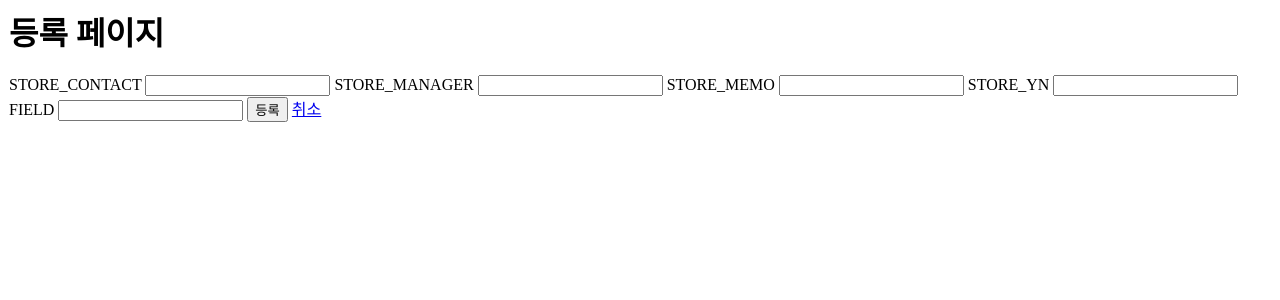
Repository: 2022-kh-final-mothlymoon/moon-back
Page: http://localhost/sellermoon/store/create.jsp
An editor plug-in stored every save of this project. The page is shown before and after the next save, followed by the edit.
The browser window is 1280 px wide. The pictures show the whole page.
The page is served by Tomcat 9.

Above is the page before, as saved 2022-10-20 17:50:20.

After the next save:
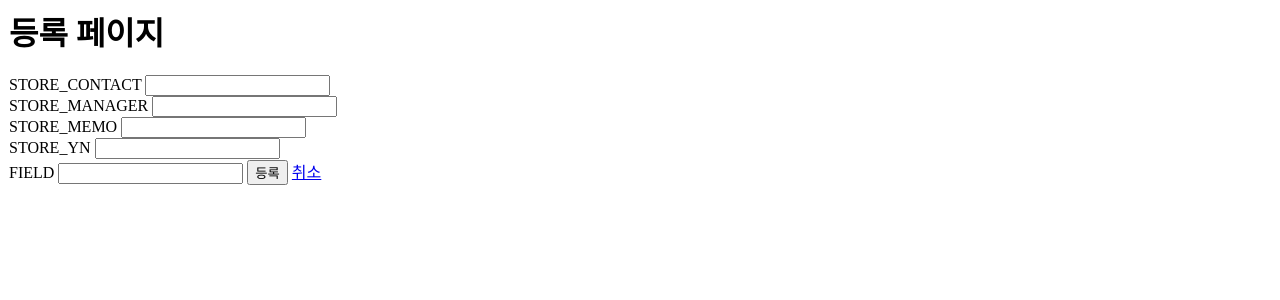
Saved 14 s later.
--- a/sellermoon/src/main/webapp/store/create.jsp
+++ b/sellermoon/src/main/webapp/store/create.jsp
@@ -19,16 +19,16 @@
 					<input type="hidden" id="MD_NO" name="MD_NO" value="1">
 					<lable>STORE_CONTACT</lable>
 					<input type="text" id="STORE_CONTACT" name="STORE_CONTACT" />
-
+<br/>
 					<lable>STORE_MANAGER</lable>
 					<input type="text" id="STORE_MANAGER" name="STORE_MANAGER" />
-
+<br/>
 					<lable>STORE_MEMO</lable>
 					<input type="text" id="STORE_MEMO" name="STORE_MEMO" />
-
+<br/>
 					<lable>STORE_YN</lable>
 					<input type="text" id="STORE_YN" name="STORE_YN" />
-
+<br/>
 					<lable>FIELD</lable>
 					<input type="text" id="FIELD" name="FIELD" />
 
